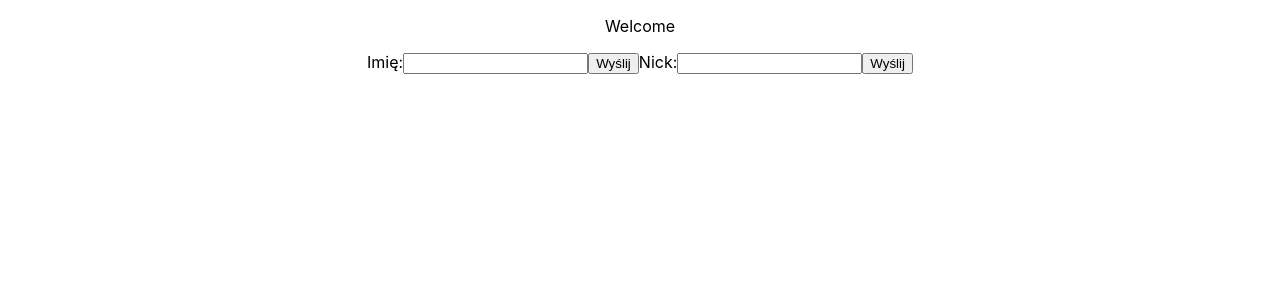
Repository: Tomjand/login-pin
Page: /
These files come from the project's save history. The page is drawn as it stood at one moment and after the next save; the edit follows.
The browser window is 1280 px wide. The pictures show the whole page.
The project was rebuilt for these pictures with package versions that can differ from the ones it lists, and the page was loaded fresh each time.

Above is the page before, as saved 2022-08-22 21:13:56.

### src/App.js
import logo from "./logo.svg";
import "./App.css";

function App() {
  return (
    <div className="App">
      <p>Welcome</p>

      <form>
      <label>
          Imię:
          <input type="text" name="name" />
        </label>
        <input type="submit" value="Wyślij" />
        <label>
          Nick:
          <input type="text" name="name" />
        </label>
        <input type="submit" value="Wyślij" />
      </form>
    </div>
  );
}

export default App;

Loaded but not shown: public/index.html (common file); src/index.js (common file); src/index.css (common file); src/reportWebVitals.js (common file); src/App.css (common file)

After the next save:
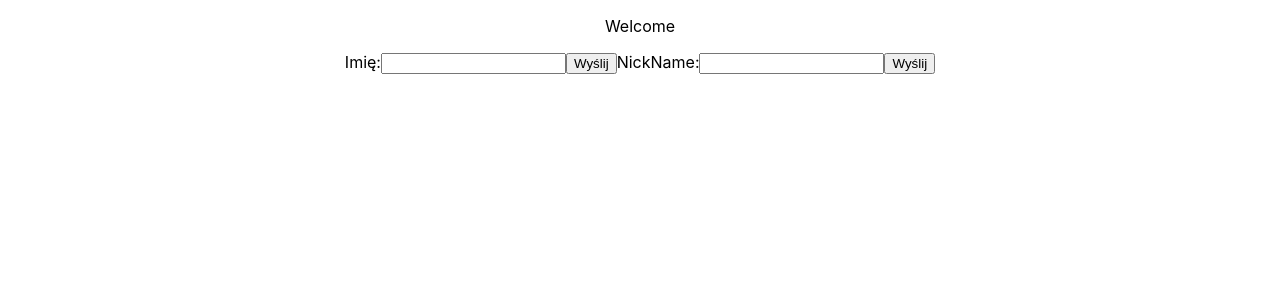
Saved 5 s later.
--- a/src/App.js
+++ b/src/App.js
@@ -13,7 +13,7 @@ function App() {
         </label>
         <input type="submit" value="Wyślij" />
         <label>
-          Nick:
+          NickName:
           <input type="text" name="name" />
         </label>
         <input type="submit" value="Wyślij" />
